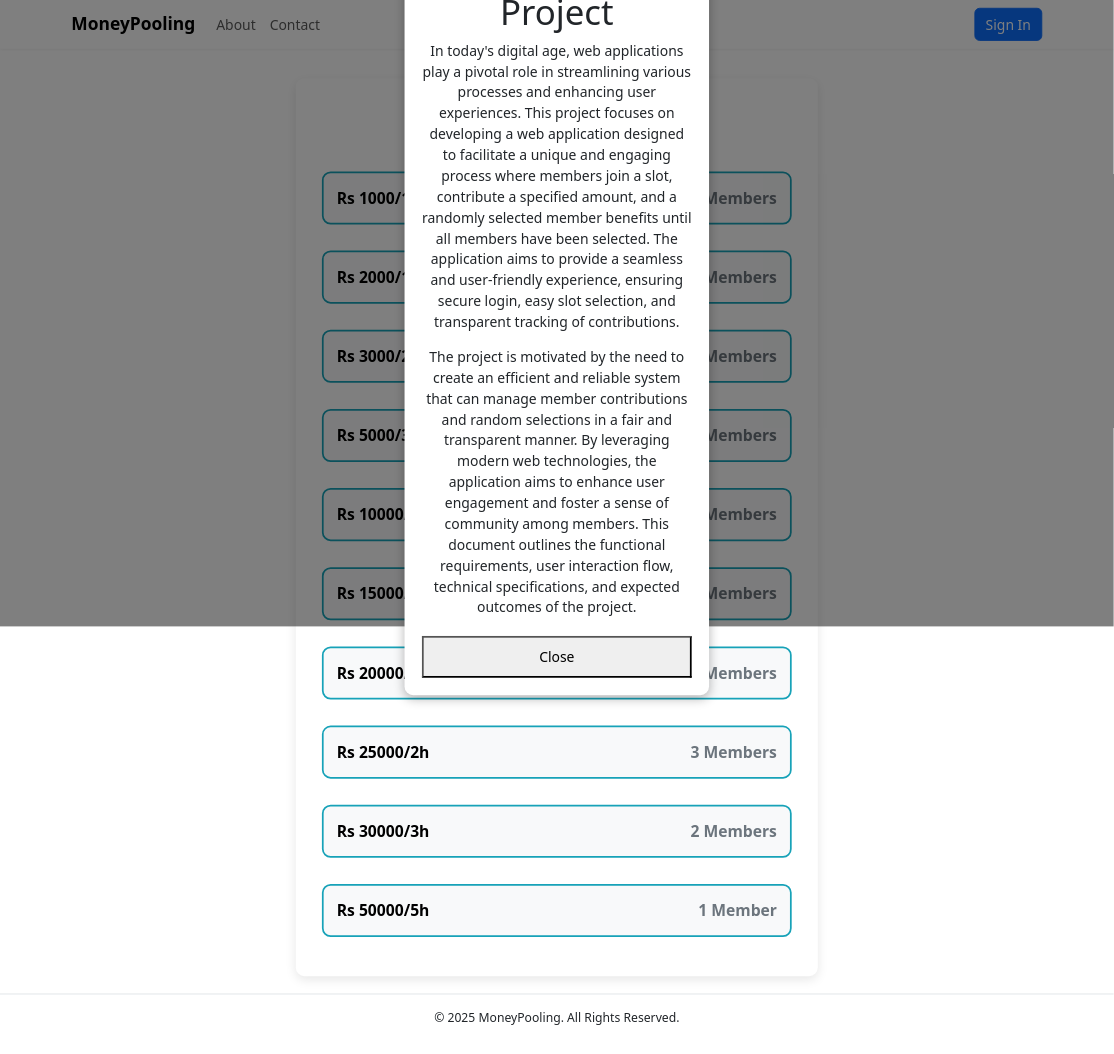
Repository: xxgautm420/MoneyPool
Page: templates/Index.html
An editor plug-in stored every save of this project. The page is shown before and after the next save, followed by the edit.
The browser window is 1280 px wide. The pictures show the whole page, at 87% of full size.
After loading, the first visible `#aboutLink` was clicked once.
The page is served by the project's application, run on Flask 3 (app.py). Other server files are loaded and not shown. The template is opened directly, without the code that normally fills it, so the values that code supplies are empty.

Above is the page before, as saved 2025-03-02 10:06:27.

### templates/Index.html
<!DOCTYPE html>
<html lang="en">
<head>
    <meta charset="UTF-8">
    <meta name="viewport" content="width=device-width, initial-scale=1.0">
    <title>Money Pooling</title>

    <!-- External Stylesheets -->
    <link rel="stylesheet" href="{{ url_for('static', filename='Css/style.css') }}">


    <link href="https://cdn.jsdelivr.net/npm/bootstrap@5.3.0-alpha1/dist/css/bootstrap.min.css" rel="stylesheet">
</head>
<body>

    <!-- Navbar -->
    <nav class="navbar navbar-expand-lg navbar-light bg-white fixed-top shadow-sm">
        <div class="container">
            <a class="navbar-brand fw-bold" href="#">MoneyPooling</a>
            <div class="collapse navbar-collapse">
                <ul class="navbar-nav me-auto mb-2 mb-lg-0">
                    <li class="nav-item">
                        <a class="nav-link" href="#" id="aboutLink">About</a>
                    </li>
                    <li class="nav-item">
                        <a class="nav-link" href="#">Contact</a>
                    </li>
                </ul>
                <button id="signInButton" class="btn btn-primary">Sign In</button>

        <div id="aboutFormContainer" class="login-container">
            <div class="login-box">
        <section>
            <h1>About This Project</h1>
            <p>In today's digital age, web applications play a pivotal role in streamlining various processes and enhancing user experiences. This project focuses on developing a web application designed to facilitate a unique and engaging process where members join a slot, contribute a specified amount, and a randomly selected member benefits until all members have been selected. The application aims to provide a seamless and user-friendly experience, ensuring secure login, easy slot selection, and transparent tracking of contributions.</p>
            <p>The project is motivated by the need to create an efficient and reliable system that can manage member contributions and random selections in a fair and transparent manner. By leveraging modern web technologies, the application aims to enhance user engagement and foster a sense of community among members. This document outlines the functional requirements, user interaction flow, technical specifications, and expected outcomes of the project.</p>
            <button id="closeAbout" class="close-button">Close</button>
        </section>
        </div>
    </div>


            </div>
        </div>
    </nav>

    <!-- Main Content -->
    <div class="main-container">
        <h2 class="text-center mb-4">Select Your Money Pool</h2>
        <div class="slot-container">
            <button class="slot"><span>Rs 1000/10m</span> <span class="members">10 Members</span></button>
            <button class="slot"><span>Rs 2000/15m</span> <span class="members">8 Members</span></button>
            <button class="slot"><span>Rs 3000/20m</span> <span class="members">12 Members</span></button>
            <button class="slot"><span>Rs 5000/30m</span> <span class="members">15 Members</span></button>
            <button class="slot"><span>Rs 10000/1h</span> <span class="members">5 Members</span></button>
            <button class="slot"><span>Rs 15000/1h</span> <span class="members">6 Members</span></button>
            <button class="slot"><span>Rs 20000/2h</span> <span class="members">4 Members</span></button>
            <button class="slot"><span>Rs 25000/2h</span> <span class="members">3 Members</span></button>
            <button class="slot"><span>Rs 30000/3h</span> <span class="members">2 Members</span></button>
            <button class="slot"><span>Rs 50000/5h</span> <span class="members">1 Member</span></button>
        </div>
    </div>

    <!-- Login Form (Hidden Initially) -->
    <div id="loginFormContainer" class="login-container">
        <div class="login-box">
            <h3>Login</h3>
            <input type="text" id="username" placeholder="Username">
            <input type="password" id="password" placeholder="Password">
            <button id="loginSubmit" class="btn btn-success">Login</button>
            <button id="closeLogin" class="btn btn-danger">Close</button>
        </div>
    </div>

    <!-- Join Pool Form (Hidden Initially) -->
    <div id="joinPoolForm" class="login-container" style="display: none;">
        <div class="login-box">
            <h3>Join Pool</h3>
            <button id="joinSubmit" class="btn btn-success" onclick="location.href='/progress'">Join</button>
            <button id="closeJoinPool" class="btn btn-danger">Close</button>
        </div>
    </div>

    <!-- Footer -->
    <footer class="text-center py-3">
        <p>&copy; 2025 MoneyPooling. All Rights Reserved.</p>
    </footer>

    <!-- External JavaScript -->
    <script src="{{ url_for('static', filename='Script/script.js') }}"></script>
</body>
</html>

### app.py
from flask import Flask, render_template , jsonify
from user import User, db
from config import Config
from auth import auth_bp

app = Flask(__name__)
app.config.from_object(Config)
db.init_app(app)

app.register_blueprint(auth_bp)

@app.route('/')
def home():
    return render_template('index.html')

@app.route('/progress')
def progress():
    return render_template('progress.html')

@app.route('/api/users/top5', methods=['GET'])
def get_top5_users():
    users = User.query.limit(5).all()
    return jsonify([user.username for user in users])

if __name__ == '__main__':
    app.run(debug=True)

### static/Css/style.css
/* General Page Styling */
body {
    font-family: Arial, sans-serif;
    text-align: center;
    margin: 0;
    background-color: white;
    padding-top: 70px; /* Space for fixed navbar */
    display: flex;
    flex-direction: column;
    min-height: 100vh; /* Ensure the body takes at least the full height of the viewport */
}

/* Navbar */
.navbar {
    box-shadow: 0px 2px 5px rgba(0, 0, 0, 0.1);
}

/* Main Container */
.main-container {
    width: 80%;
    max-width: 600px;
    margin: 20px auto; /* Adjusted margin for spacing */
    padding: 30px;
    background-color: white;
    border-radius: 10px;
    box-shadow: 0 4px 12px rgba(0, 0, 0, 0.1);
    flex: 1; /* Allow the main container to grow and take available space */
    overflow-y: auto; /* Enable vertical scrolling if content exceeds height */
}

/* Slot Container */
.slot-container {
    display: flex;
    flex-direction: column;
    align-items: center;
}

/* Slot Styling (Now as Buttons) */
.slot {
    width: 100%;
    background-color: #f8f9fa;
    border: 2px solid #17a2b8;
    padding: 15px;
    margin: 15px 0;
    border-radius: 10px;
    font-size: 18px;
    cursor: pointer;
    display: flex;
    justify-content: space-between;
    align-items: center;
    font-weight: bold;
    transition: 0.3s;
}

.slot:hover {
    background-color: #17a2b8;
    color: white;
}

/* Align Members to Right */
.members {
    color: #6c757d;
}

/* Login Form Container */
.login-container {
    position: fixed;
    top: 0;
    left: 0;
    width: 100%;
    height: 100%;
    background: rgba(0, 0, 0, 0.5);
    display: none;
    align-items: center;
    justify-content: center;
    z-index: 1000; /* Ensure the container is above other elements */
}

/* Login Box */
.login-box {
    background: white;
    padding: 20px;
    border-radius: 10px;
    box-shadow: 0 4px 12px rgba(0, 0, 0, 0.3);
    text-align: center;
    width: 350px;
}

.login-box h3 {
    margin-bottom: 15px;
}

.login-box input {
    width: 100%;
    padding: 10px;
    margin-bottom: 10px;
    border: 1px solid #ddd;
    border-radius: 5px;
}

.login-box button {
    width: 100%;
    padding: 10px;
    margin-top: 5px;
}

/* Join Pool Form (Similar to Login Form) */
#joinPoolForm .login-box {
    background: white;
    padding: 20px;
    border-radius: 10px;
    box-shadow: 0 4px 12px rgba(0, 0, 0, 0.3);
    text-align: center;
    width: 350px;
}

#joinPoolForm .login-box h3 {
    margin-bottom: 15px;
}

#joinPoolForm .login-box button {
    width: 100%;
    padding: 10px;
    margin-top: 5px;
}

/* Footer */
footer {
    width: 100%;
    background-color: white;
    text-align: center;
    padding: 10px;
    font-size: 14px;
    border-top: 1px solid #dee2e6;
    position: relative; /* Ensure footer is at the bottom */
    margin-top: auto; /* Push footer to the bottom of the page */
}

### static/Script/script.js
document.addEventListener("DOMContentLoaded", () => {
    const signInButton = document.getElementById("signInButton");
    const loginFormContainer = document.getElementById("loginFormContainer");
    const closeLogin = document.getElementById("closeLogin");
    const loginSubmit = document.getElementById("loginSubmit");
    const slots = document.querySelectorAll(".slot");
    const joinPoolForm = document.getElementById("joinPoolForm");
    const closeJoinPool = document.getElementById("closeJoinPool");
    const closeAboutForm = document.getElementById("closeAbout");

    let isSignedIn = false;

    signInButton.addEventListener("click", () => {
        if (!isSignedIn) {
            loginFormContainer.style.display = "flex";
        } else {
            alert("You have signed out.");
            signInButton.textContent = "Sign In";
            signInButton.classList.replace("btn-danger", "btn-primary");
            isSignedIn = false;
        }
    });

    closeLogin.addEventListener("click", () => {
        loginFormContainer.style.display = "none";
    });

    loginSubmit.addEventListener("click", (event) => {
        event.preventDefault();

        let username = document.getElementById("username").value;
        let password = document.getElementById("password").value;

        if (username && password) {
            fetch('/api/users/login', {
                method: 'POST',
                headers: {
                    'Content-Type': 'application/json'
                },
                body: JSON.stringify({ username: username, password: password })
            })
            .then(response => response.json())
            .then(data => {
                if (data.success) {
                    alert(`Welcome, ${username}!`);
                    loginFormContainer.style.display = "none";
                    signInButton.textContent = "Sign Out";
                    signInButton.classList.replace("btn-primary", "btn-danger");
                    isSignedIn = true;
                } else {
                    alert('Login failed: ' + data.message);
                }
            })
            .catch(error => {
                console.error('Error:', error);
                alert('An error occurred while logging in. Please try again.');
            });
        } else {
            alert("Please enter username and password.");
        }
    });

    // Show Join Pool Form on Slot Click
    slots.forEach(slot => {
        slot.addEventListener("click", () => {
            if (isSignedIn) {
                joinPoolForm.style.display = "flex";
            } else {
                alert("Please sign in to select a money pool.");
            }
        });
    });

    // Close Join Pool Form
    closeJoinPool.addEventListener("click", () => {
        joinPoolForm.style.display = "none";
    });

    // About Form
    const aboutLink = document.getElementById("aboutLink");
    const aboutFormContainer = document.getElementById("aboutFormContainer");

    aboutLink.addEventListener("click", function(event) {
        event.preventDefault();
        aboutFormContainer.style.display = "flex";
    });

    closeAboutForm.addEventListener("click", () => {
        aboutFormContainer.style.display = "none";
    });
});

After the next save:
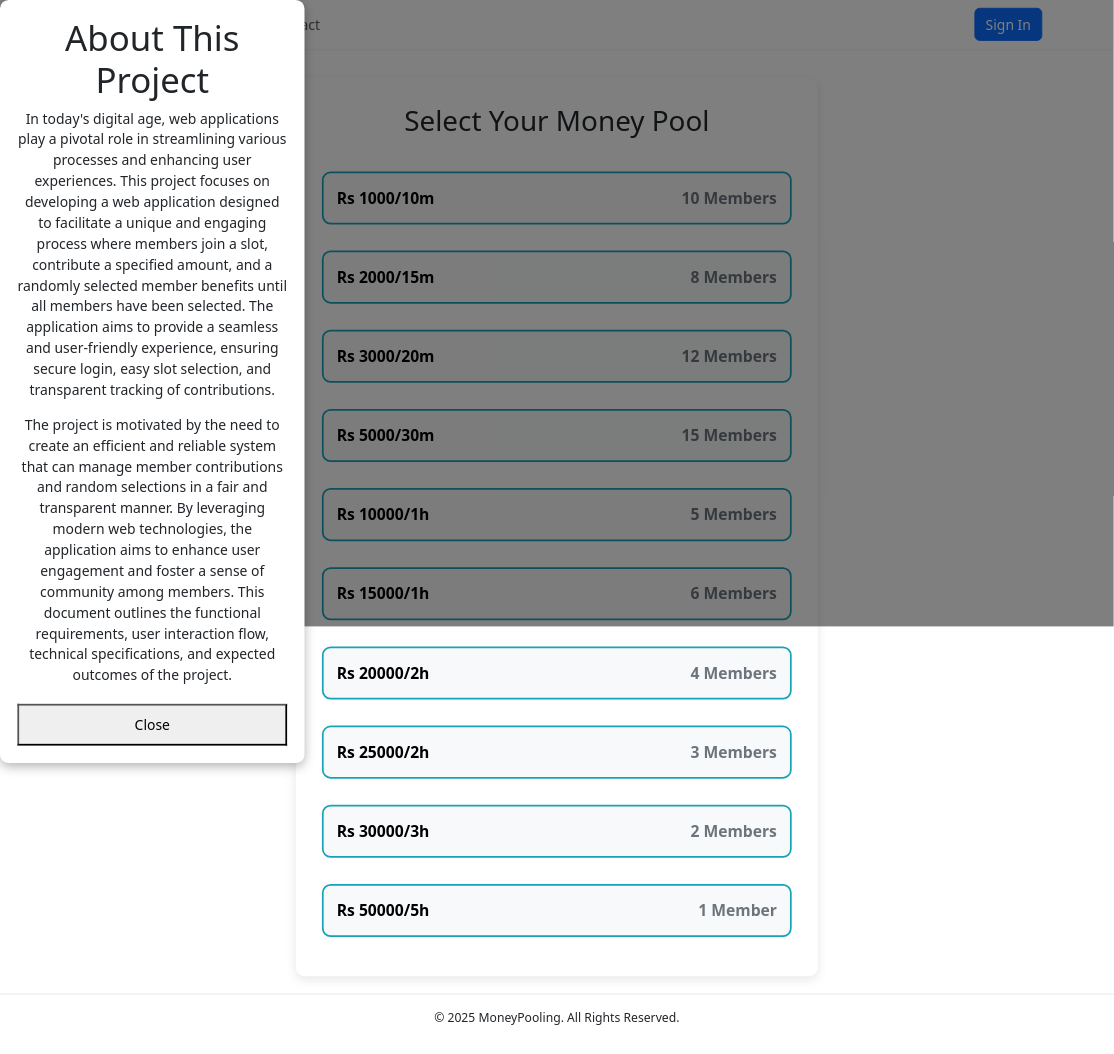
Console error: ReferenceError: closeAboutForm is not defined
Saved 5 s later.
--- a/static/Script/script.js
+++ b/static/Script/script.js
@@ -60,6 +60,37 @@ document.addEventListener("DOMContentLoaded", () => {
         }
     });
 
+    // registrationSubmit.addEventListener("click", (event) => {
+    //     event.preventDefault();
+
+    //     let username = document.getElementById("registerUsername").value;
+    //     let password = document.getElementById("registerPassword").value;
+
+    //     if (username && password) {
+    //         fetch('/api/users/register', {
+    //             method: 'POST',
+    //             headers: {
+    //                 'Content-Type': 'application/json'
+    //             },
+    //             body: JSON.stringify({ username: username, password: password })
+    //         })
+    //         .then(response => response.json())
+    //         .then(data => {
+    //             if (data.success) {
+    //                 alert(`Registration successful, ${username}!`);
+    //             } else {
+    //                 alert('Registration failed: ' + data.message);
+    //             }
+    //         })
+    //         .catch(error => {
+    //             console.error('Error:', error);
+    //             alert('An error occurred during registration. Please try again.');
+    //         });
+    //     } else {
+    //         alert("Please enter username and password.");
+    //     }
+    // });
+
     // Show Join Pool Form on Slot Click
     slots.forEach(slot => {
         slot.addEventListener("click", () => {
@@ -75,17 +106,24 @@ document.addEventListener("DOMContentLoaded", () => {
     closeJoinPool.addEventListener("click", () => {
         joinPoolForm.style.display = "none";
     });
+});
 
-    // About Form
+
+
+
+//about form
+document.addEventListener("DOMContentLoaded", function() {
     const aboutLink = document.getElementById("aboutLink");
     const aboutFormContainer = document.getElementById("aboutFormContainer");
 
     aboutLink.addEventListener("click", function(event) {
         event.preventDefault();
-        aboutFormContainer.style.display = "flex";
+        aboutFormContainer.style.display = "block";
     });
 
     closeAboutForm.addEventListener("click", () => {
         aboutFormContainer.style.display = "none";
     });
+
+
 });
